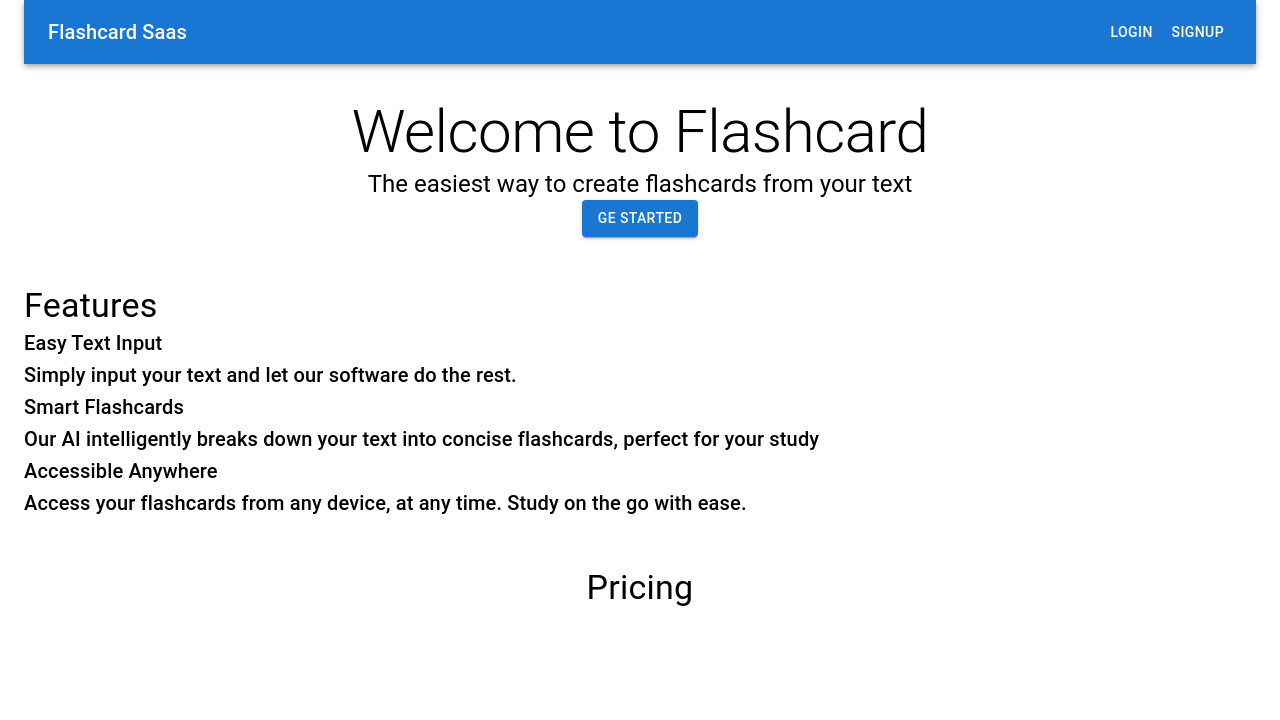
Repository: rakeshpuppala2590/AI-Flashcards-Stripe
Page: /
An editor plug-in stored every save of this project. The page is shown before and after the next save, followed by the edit.
The browser window is 1280 px wide. The pictures show the whole page.
The page's requests for data from a server got no answer. The project was rebuilt for these pictures with package versions that can differ from the ones it lists, and the page was loaded fresh each time. Some packages were replaced by stand-ins written for this rebuild. The framework's server and built-in components were replaced by stand-ins that run in the browser. No one was signed in, and anything a server would have sent is missing. Also part of the build but not shown: next.config.mjs.

Above is the page before, as saved 2024-08-12 14:56:23.

### src/app/page.js
import getStripe from "../../utils/get-stripe";
import { SignedIn, SignedOut, UserButton } from "@clerk/nextjs";
import Head from "next/head";
import {
  Grid,
  AppBar,
  Button,
  Container,
  Toolbar,
  Typography,
  Box,
} from "@mui/material";

export default function Home() {
  return (
    <Container maxWidth="100vW">
      <Head>
        <title>Flashcard Saas</title>
        <meta
          name="description"
          content="create flashcard from your text"
        ></meta>
      </Head>

      <AppBar position="static">
        <Toolbar>
          <Typography variant="h6" style={{ flexGrow: 1 }}>
            Flashcard Saas
          </Typography>
          <SignedOut>
            <Button color="inherit">Login</Button>
            <Button color="inherit">SignUp</Button>
          </SignedOut>
          <SignedIn>
            <Button>Logout</Button>
          </SignedIn>
        </Toolbar>
      </AppBar>

      <Box
        sx={{
          textAlign: "center",
          my: 4,
        }}
      >
        <Typography variant="h2">Welcome to Flashcard</Typography>
        <Typography variant="h5">
          {" "}
          The easiest way to create flashcards from your text
        </Typography>
        <Button variant="contained" color="primary">
          Ge Started
        </Button>
      </Box>
      <Box sx={{ my: 6 }}>
        <Typography variant="h4" components={"h2"}>
          Features
        </Typography>
        <Grid>
          <Grid item xs={12} md={4}>
            {" "}
            <Typography variant="h6">Easy Text Input</Typography>
            <Typography variant="h6"> </Typography>
            <Typography variant="h6">
              Simply input your text and let our software do the rest.
            </Typography>
          </Grid>
          <Grid item xs={12} md={4}>
            {" "}
            <Typography variant="h6">Smart Flashcards</Typography>
            <Typography variant="h6"> </Typography>
            <Typography variant="h6">
              Our AI intelligently breaks down your text into concise
              flashcards, perfect for your study
            </Typography>
          </Grid>
          <Grid item xs={12} md={4}>
            {" "}
            <Typography variant="h6">Accessible Anywhere</Typography>
            <Typography variant="h6"> </Typography>
            <Typography variant="h6">
              Access your flashcards from any device, at any time. Study on the
              go with ease.
            </Typography>
          </Grid>
        </Grid>
      </Box>
      <Box sx={{ my: 6, textAlign: "center" }}>
        <Typography variant="h4">Pricing</Typography>
      </Box>
    </Container>
  );
}

### utils/get-stripe.js
import { loadStripe } from "@stripe/stripe-js";
let stripePromise;
const getStripe = () => {
  if (!stripePromise) {
    stripePromise = loadStripe(process.env.NEXTJS_PUBLIC_STRIPE_PULIC_KEY);
  }
  return stripePromise;
};
export default getStripe;

Loaded but not shown: src/app/layout.js (common file); src/app/globals.css (common file); tailwind.config.js (common file)

After the next save:
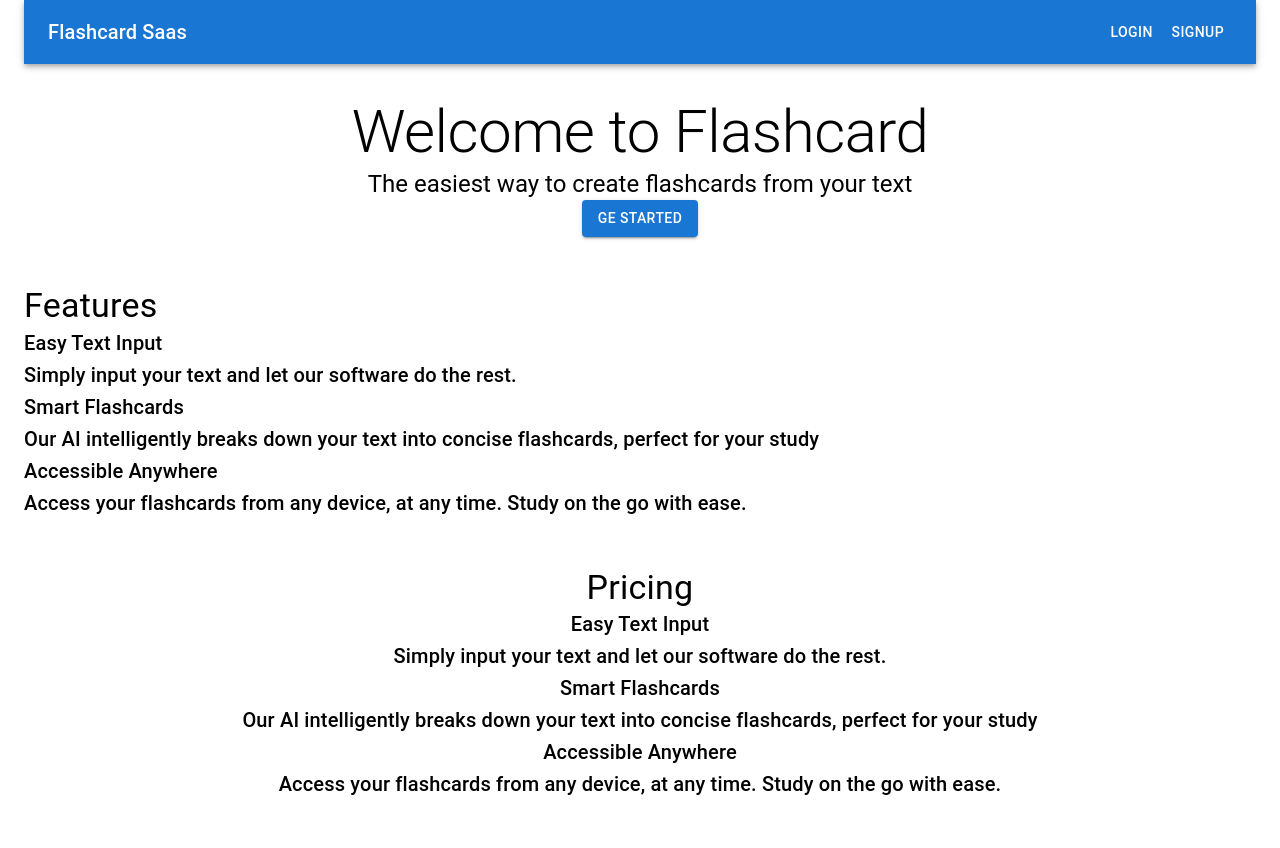
Saved 31 s later.
--- a/src/app/page.js
+++ b/src/app/page.js
@@ -87,6 +87,34 @@ export default function Home() {
       </Box>
       <Box sx={{ my: 6, textAlign: "center" }}>
         <Typography variant="h4">Pricing</Typography>
+        <Grid>
+          <Grid item xs={12} md={4}>
+            {" "}
+            <Typography variant="h6">Easy Text Input</Typography>
+            <Typography variant="h6"> </Typography>
+            <Typography variant="h6">
+              Simply input your text and let our software do the rest.
+            </Typography>
+          </Grid>
+          <Grid item xs={12} md={4}>
+            {" "}
+            <Typography variant="h6">Smart Flashcards</Typography>
+            <Typography variant="h6"> </Typography>
+            <Typography variant="h6">
+              Our AI intelligently breaks down your text into concise
+              flashcards, perfect for your study
+            </Typography>
+          </Grid>
+          <Grid item xs={12} md={4}>
+            {" "}
+            <Typography variant="h6">Accessible Anywhere</Typography>
+            <Typography variant="h6"> </Typography>
+            <Typography variant="h6">
+              Access your flashcards from any device, at any time. Study on the
+              go with ease.
+            </Typography>
+          </Grid>
+        </Grid>
       </Box>
     </Container>
   );
